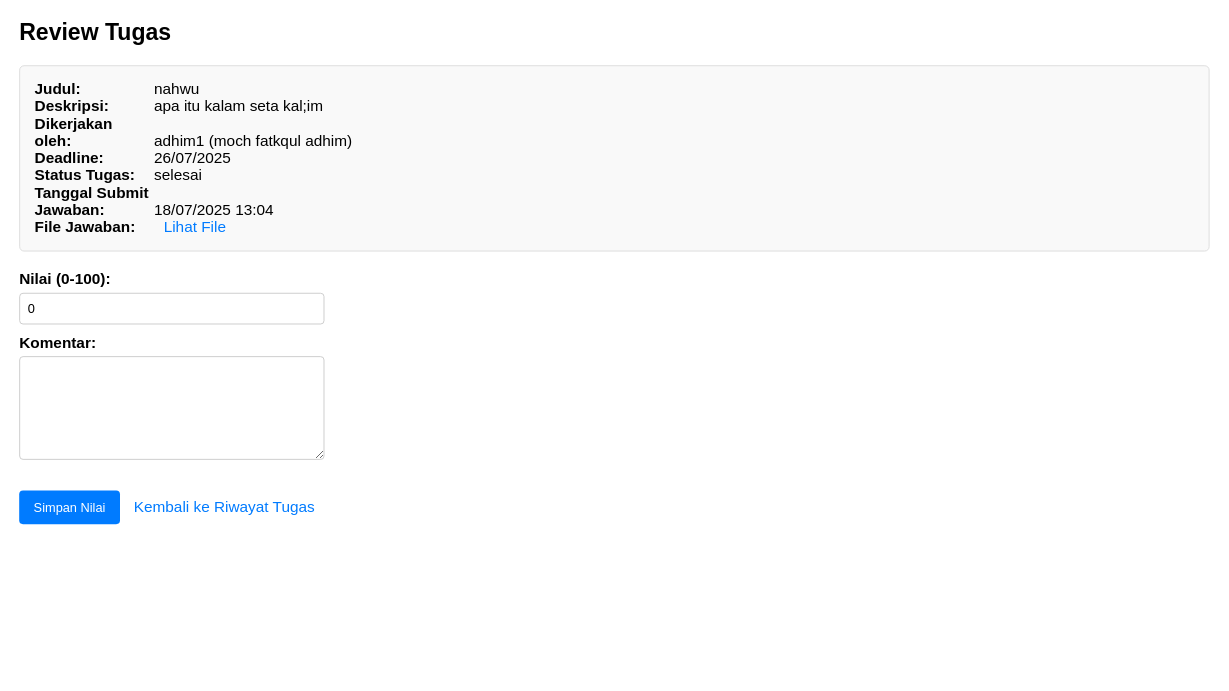
Repository: fatkquladhim/multimedia_app
Page: http://localhost/admin/beri tugas/tugas_user_review.php?id_tugas=2
The author's editor kept a copy of each file at every save. The page is drawn from the files as they stood at one save, then again after the next save.
The browser window is 1280 px wide. The pictures show the whole page, at 96% of full size.
Some web libraries are served in a nearby version. The page is run by PHP 8.4 with error messages shown; the project is at /var/www/html/. The session is filled in as if someone had signed in: {"user_id": 2, "username": "asep", "role": "admin"}. The database holds what the project's SQL file puts in it.

Above is the page before, as saved 2025-07-18 22:57:28.

After the next save:
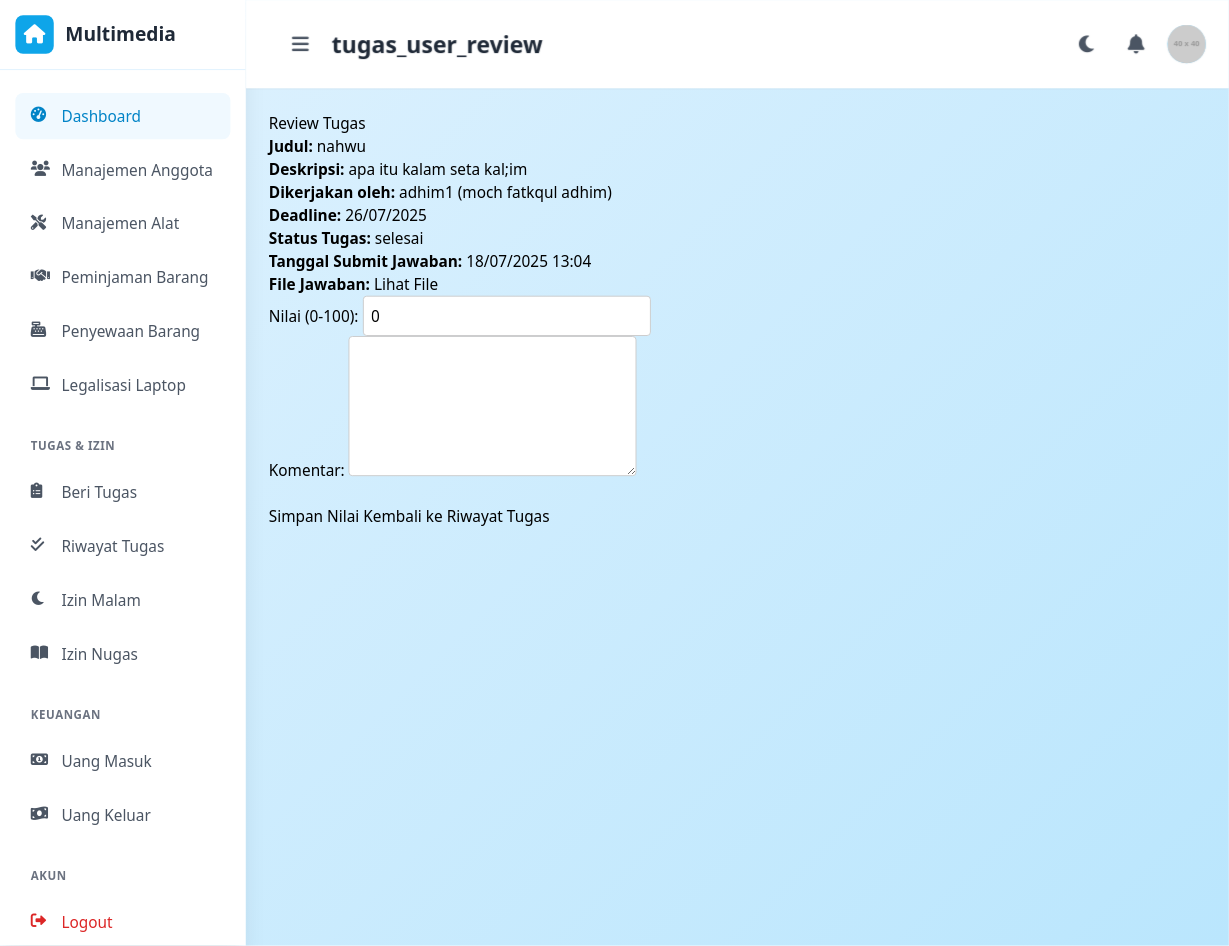
Saved 13 s later.
--- a/admin/beri tugas/tugas_user_review.php
+++ b/admin/beri tugas/tugas_user_review.php
@@ -47,30 +47,9 @@ if (!$tugas) {
     $conn->close();
     exit;
 }
+include '../header.php'; // Path relatif dari 'anggota/'
 ?>
 
-<!DOCTYPE html>
-<html>
-<head>
-    <title>Review Tugas</title>
-    <style>
-        body { font-family: Arial, sans-serif; margin: 20px; }
-        .task-details { background-color: #f9f9f9; border: 1px solid #ddd; padding: 15px; margin-bottom: 20px; border-radius: 5px; }
-        .task-details strong { display: inline-block; width: 120px; }
-        form div { margin-bottom: 10px; }
-        label { display: block; margin-bottom: 5px; font-weight: bold; }
-        input[type="number"], textarea {
-            width: 300px; padding: 8px; border: 1px solid #ccc; border-radius: 4px;
-        }
-        button { padding: 10px 15px; background-color: #007bff; color: white; border: none; border-radius: 4px; cursor: pointer; }
-        button:hover { background-color: #0056b3; }
-        a { text-decoration: none; color: #007bff; margin-left: 10px; }
-        a:hover { text-decoration: underline; }
-        .message { padding: 10px; margin-bottom: 15px; border-radius: 4px; }
-        .warning { background-color: #fff3cd; color: #856404; border: 1px solid #ffeeba; }
-    </style>
-</head>
-<body>
     <h2>Review Tugas</h2>
 
     <div class="task-details">
